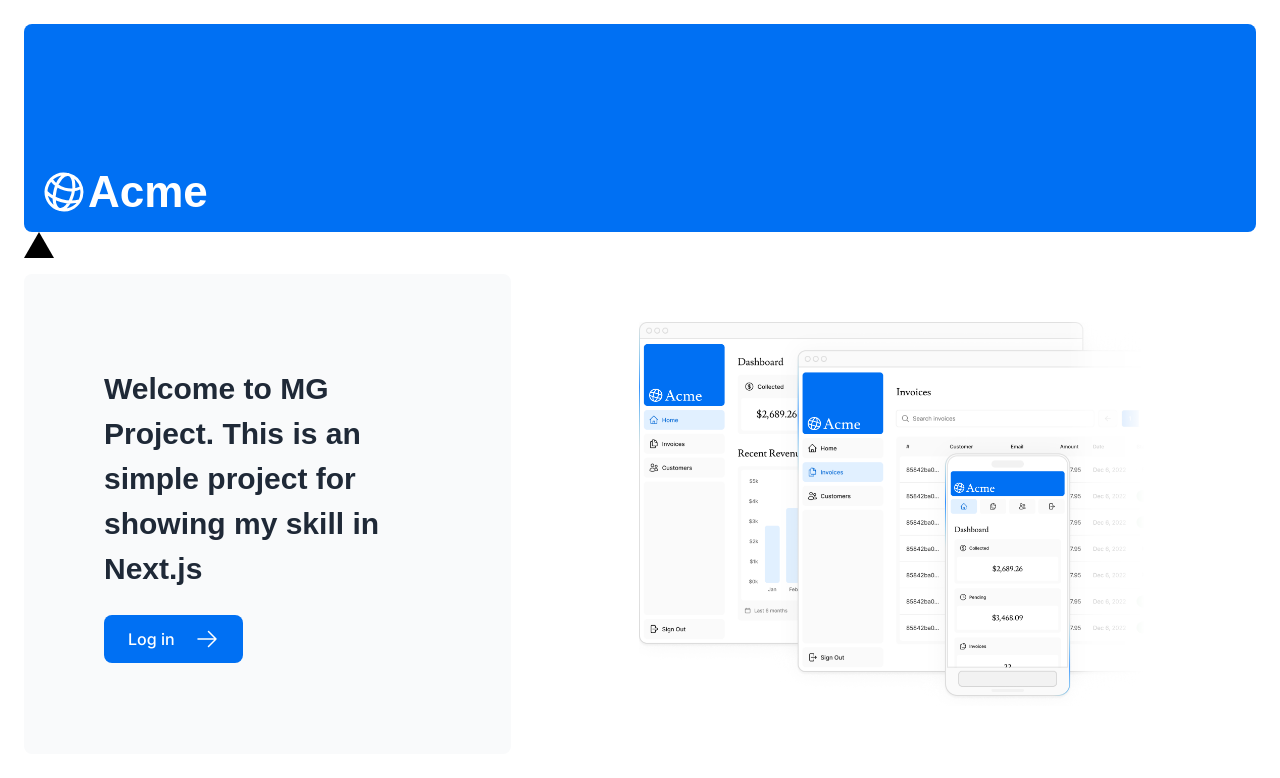
Repository: MikayelGubryan/Financial-dashboard
Page: /
An editor plug-in stored every save of this project. The page is shown before and after the next save, followed by the edit.
The browser window is 1280 px wide. The pictures show the whole page.
Some web fonts or font styles are not loaded; a fallback is used. The project was rebuilt for these pictures with package versions that can differ from the ones it lists, and the page was loaded fresh each time. The framework's server and built-in components were replaced by stand-ins that run in the browser. Also part of the build but not shown: next.config.mjs.

Above is the page before, as saved 2024-07-08 22:47:40.

After the next save:
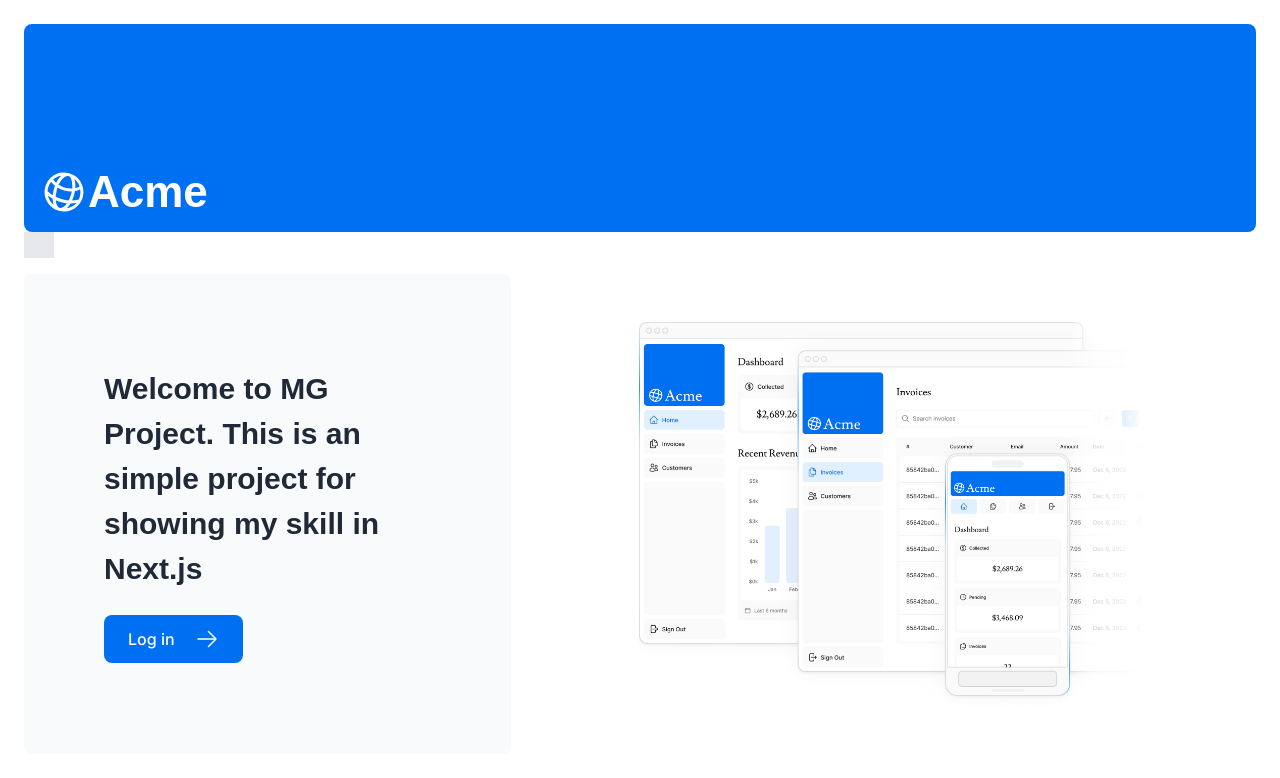
Saved 2 s later.
--- a/app/page.tsx
+++ b/app/page.tsx
@@ -11,7 +11,7 @@
         <AcmeLogo />
       </div>
       <div
-  className="relative w-0 h-0 border-l-[15px] border-r-[15px] border-b-[26px] border-l-transparent border-r-transparent border-b-black"
+  className="relative w-0 h-0 border-l-[15px] border-r-[15px] border-b-[26px]"
 />
       <div className="mt-4 flex grow flex-col gap-4 md:flex-row">
         <div className="flex flex-col justify-center gap-6 rounded-lg bg-gray-50 px-6 py-10 md:w-2/5 md:px-20">
